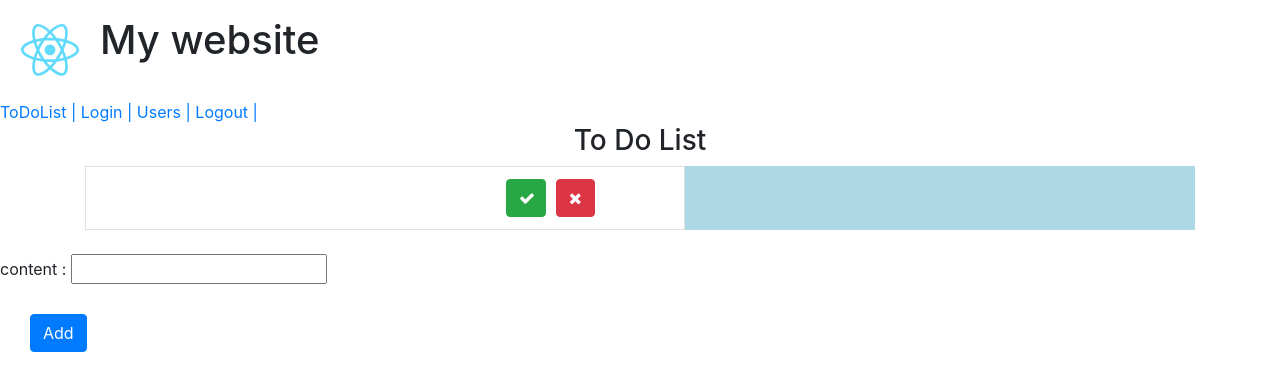
Repository: Marwa-Medhat/ReactJS-Labs
Page: /todolist (app in myapp/), after clicking the first element matching `button.btn`
An editor plug-in stored every save of this project. The page is shown before and after the next save, followed by the edit.
The browser window is 1280 px wide. The pictures show the whole page.
The project was rebuilt for these pictures with package versions that can differ from the ones it lists, and the page was loaded fresh each time.

Above is the page before, as saved 2021-04-28 22:31:03.

### myapp/src/index.js
import React from 'react';
import ReactDOM from 'react-dom';
import './index.css';
// import App from './App';
import App from './main';
import reportWebVitals from './reportWebVitals';

ReactDOM.render(
    <App />,
  document.getElementById('root')
);

// If you want to start measuring performance in your app, pass a function
// to log results (for example: reportWebVitals(console.log))
// or send to an analytics endpoint. Learn more: https://bit.ly/CRA-vitals
reportWebVitals();

### myapp/src/index.css
body {
  margin: 0;
  font-family: -apple-system, BlinkMacSystemFont, "Segoe UI", "Roboto", "Oxygen",
    "Ubuntu", "Cantarell", "Fira Sans", "Droid Sans", "Helvetica Neue",
    sans-serif;
  -webkit-font-smoothing: antialiased;
  -moz-osx-font-smoothing: grayscale;
}

code {
  font-family: source-code-pro, Menlo, Monaco, Consolas, "Courier New",
    monospace;
}

.blackButton {
  background-color: black;
  color: white;
}

.whiteButton {
  background-color: white;
  color: black;
}

### myapp/src/main.js
import React from "react";
import logo from './logo.svg';

import {
  BrowserRouter as Router,
  Switch,
  Route,
  Link,
  useRouteMatch,
  useParams
} from "react-router-dom";

import {Header,Menu} from './Header2'
import Todo from './todo'

class App extends React.Component{
    constructor(){
        super();
        this.state = {
            items:[
            {
                text:"ToDoList",
                link:"/todolist"
            },
            {
                text:"Login",
                link:"/login"
            },
            {
                text:"Users",
                link:"/users"
            },
            {
                text:"Logout",
                link:"/Logout"
            },

        ]
    }
    }

    toggleActive=(text)=>{

        this.state.items.forEach((item)=>item.active=false);
        let item = this.state.items.find(x=>x.text==text);
        item.active = !item.active
        this.setState({items:this.state.items});
    }
    render(){
        return <Router>
            <Header title="My website" logo={logo} menu={this.state.items} toggleActive={this.toggleActive} />
            <Switch>
            <Route path="/Logout" >
                    <Login />
                </Route>

                <Route path="/users" >
                    <UserList />
                </Route>
                <Route path="/login" >
                    <Login />
                </Route>
                <Route path="/todolist" >
                    <Todo />
                </Route>
            </Switch>
        </Router>
    }
}







class UserList extends React.Component{

    constructor(){
        super();
        this.state={
            users:[],
            loading:false
        };
    }

    async componentDidMount(){
        this.setState({loading:true});
        setTimeout(async ()=>{


        let res= await fetch("https://reqres.in/api/users?page=2",{
            method:"GET",
            headers:{
                "content-type":"application/json"
            }
        });
        let resJson = await res.json();
        this.setState({users:resJson.data,loading: false});
    },5000)
    }

    render(){
        return <div>
            {!this.state.loading ? this.state.users.map((item)=>{
                return <UserView key={item.id}  user={item} />
            }): "Loading Users"}
        </div>
    }
}

class Login extends React.Component{

    constructor(){
        super();
        this.state={
            username:"",
            email:"",
            password:""
        }
    }

    setInputValue=(e)=>{
        this.setState({[e.target.name]:e.target.value});
    }

    login=async ()=>{
        let user = {
            email:this.state.email,
            password:this.state.password
        }
        let res= await fetch("https://reqres.in/api/login",{
            method:"POST",
            headers:{
                "content-type":"application/json"
            },
            body:JSON.stringify(user)
        });
        let resJson = await res.json();
        if(resJson.token){
            alert("Login success");
        }else{
            alert(resJson.error)
        }
    }

    render(){
        return <div>
            <h1>Login</h1>
            Username:<input type="text" value={this.state.username} onChange={this.setInputValue} name="username" /><br/>
            Password:<input type="password" value={this.state.password} onChange={this.setInputValue} name="password" /><br/>
            Email:<input type="email" value={this.state.email} onChange={(e)=>this.setState({email:e.target.value})} name="email" /><br/>
            <button onClick={this.login} className="btn btn-success" style={{ margin: 30,}}>Login</button>
        </div>
    }
}

class UserView extends React.Component{
    constructor(){
        super();

    }

    render(){
        return <div>
            <img src={this.props.user.avatar} style={{width:100,height:100}} /><br/>
            <span>{this.props.user.first_name} {this.props.user.last_name}</span>
            <div>Email : {this.props.user.email}</div>
        </div>
    }
}



export default App;

### myapp/src/Header2.js
import React from 'react';
import PropTypes from 'prop-types';
import {Link} from "react-router-dom";
class Header extends React.Component{

    render(){
        let h1Style={
            display:"inline-block"
        }

        return <div>
            <img style={{width:100,height:100}} src={this.props.logo} />
            <h1 style={h1Style} >{this.props.title}</h1>
            <Menu items={this.props.menu} toggleActive={this.props.toggleActive} />
        </div>
    }
}

Header.defaultProps ={
    title:"Website"
}

Header.propTypes = {
    title:PropTypes.string
}

class Menu extends React.Component{

    constructor(props){
        super();

    }

    render(){
        return <div>
            {this.props.items.map((item,i)=>{
                return <Link key={item.text} style={{backgroundColor:item.active?"green":"white"}} onClick={()=>this.props.toggleActive(item.text)} to={item.link} > {item.text} |</Link>
            })}
        </div>
    }
}

Menu.defaultProps={
    items:[]
}

export {Header,Menu};

### myapp/src/todo.js
import React from 'react';
import 'bootstrap/dist/css/bootstrap.min.css'
import { ListGroup } from 'react-bootstrap';
import 'font-awesome/css/font-awesome.min.css';
import { Redirect } from 'react-router-dom';

class Todo extends React.Component{

    constructor(){
        super();
        this.state={
            contents:[],
            mark:false,



        }
    }
    componentDidMount(){
        if(localStorage["contents"]){
        let contents = JSON.parse(localStorage["contents"])
        this.setState({contents:contents})
        }
    }
    saveToLocalStorage=()=>{
        localStorage["contents"] = JSON.stringify(this.state.contents);
    }

    addContent=(content)=>{
        this.state.contents.push(content);
        this.setState({contents:this.state.contents});
        this.saveToLocalStorage();
    }
    deleteContent=(content)=>{
        this.state.contents.pop(content);
        this.setState({contents:this.state.contents});
        this.saveToLocalStorage();
    }
    markContent=(content)=>{
        // // this.state.mark=1;
        this.setState({mark: !this.state.mark})
        // this.setState({contents:this.state.contents});
        // this.saveToLocalStorage();
    }




    render(){
        return <div>
            <h3 style={{textAlign:"center",}}>To Do List</h3>
            <div className="container center" >
            <DisplayTasks contents={this.state.contents} mark={this.state.mark} deleteContent={this.deleteContent} markContent={this.markContent}/><br/>
            </div>
            <AddTask style={{textAlign:"center",}}addContent={this.addContent} />
        </div>
    }

}


class AddTask extends React.Component{

    constructor(props){
        super();
        this.state={
            content:"",

        }
    }

    addContent=()=>{
        let content = {
            content:this.state.content,
        }

        this.props.addContent(content);
    }


    render(){
        return <div>
            content : <input type="text" value={this.state.content} onChange={(e)=>this.setState({content:e.target.value})} />
           <br/> <button onClick={this.addContent} className="btn btn-primary " style={{ margin: 30,}}>Add</button>
        </div>
    }
}


class DisplayTasks extends React.Component{

    constructor(props){
            super();
        }

    render(){
        return <div class="list-group ">
            {this.props.contents.length > 0 ?this.props.contents.map((item)=>{
                return <DisplayTask content={item} key={item.content} mark={this.props.mark} markContent={this.props.markContent} deleteContent={this.props.deleteContent} />
            }):"Empty"}
        </div>
    }
}

DisplayTasks.defaultProps={
    contents:[]
}

class DisplayTask extends React.Component{

    // <i className="fa fa-times danger" ></i>
//    style=
//     {
//         backgroundColor: "black",

//     }
    constructor(props){
        super();

    }
    // style={{backgroundColor: "lightblue"}}
    render(){
        // let btn_class = this.props.mark ? "blackButton" : "whiteButton";
        return <div style={{backgroundColor: "lightblue"}}>
      <a  href="#" class="list-group-item list-group-item-action " style={{width:600 ,fontWeight:'bolder',marginRight:50,}}>{this.props.content.content}
    <button  onClick={this.props.markContent} className="btn btn-success " style={{ marginLeft: 400,marginRight: 10 ,paddingRight:10}}><i className="fa fa-check "></i></button>
    <button onClick={this.props.deleteContent}  className="btn btn-danger" ><i className="fa fa-times btn-danger" ></i></button></a>

    </div>
    }
}
export default Todo;

Loaded but not shown: myapp/public/index.html (common file); myapp/src/reportWebVitals.js (common file)

After the next save:
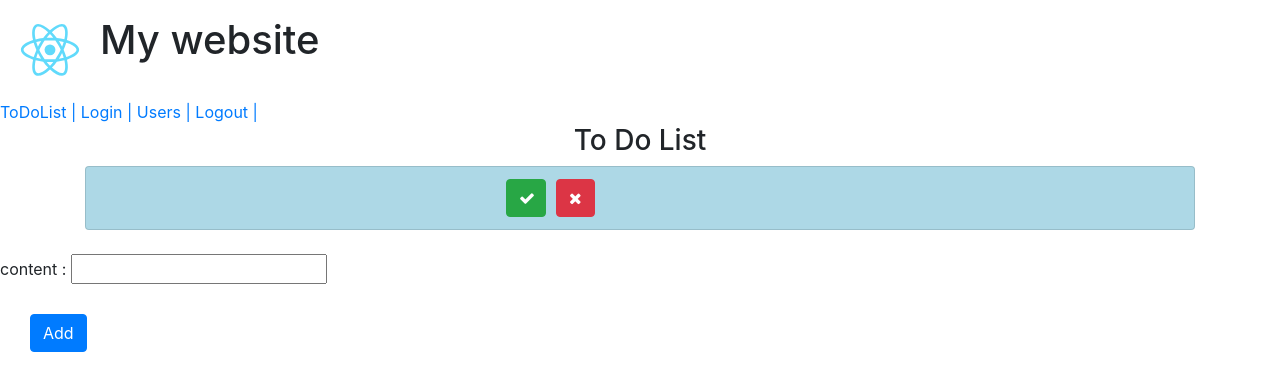
Saved 78 s later.
--- a/myapp/src/todo.js
+++ b/myapp/src/todo.js
@@ -121,8 +121,8 @@ class DisplayTask extends React.Component{
     // style={{backgroundColor: "lightblue"}}
     render(){
         // let btn_class = this.props.mark ? "blackButton" : "whiteButton";
-        return <div style={{backgroundColor: "lightblue"}}>
-      <a  href="#" class="list-group-item list-group-item-action " style={{width:600 ,fontWeight:'bolder',marginRight:50,}}>{this.props.content.content}
+        return <div style={{backgroundColor: "lightblue"}} class="list-group-item list-group-item-action " >
+      <a  href="#" style={{width:600 ,fontWeight:'bolder',marginRight:50,}}>{this.props.content.content}
     <button  onClick={this.props.markContent} className="btn btn-success " style={{ marginLeft: 400,marginRight: 10 ,paddingRight:10}}><i className="fa fa-check "></i></button>
     <button onClick={this.props.deleteContent}  className="btn btn-danger" ><i className="fa fa-times btn-danger" ></i></button></a>
 
